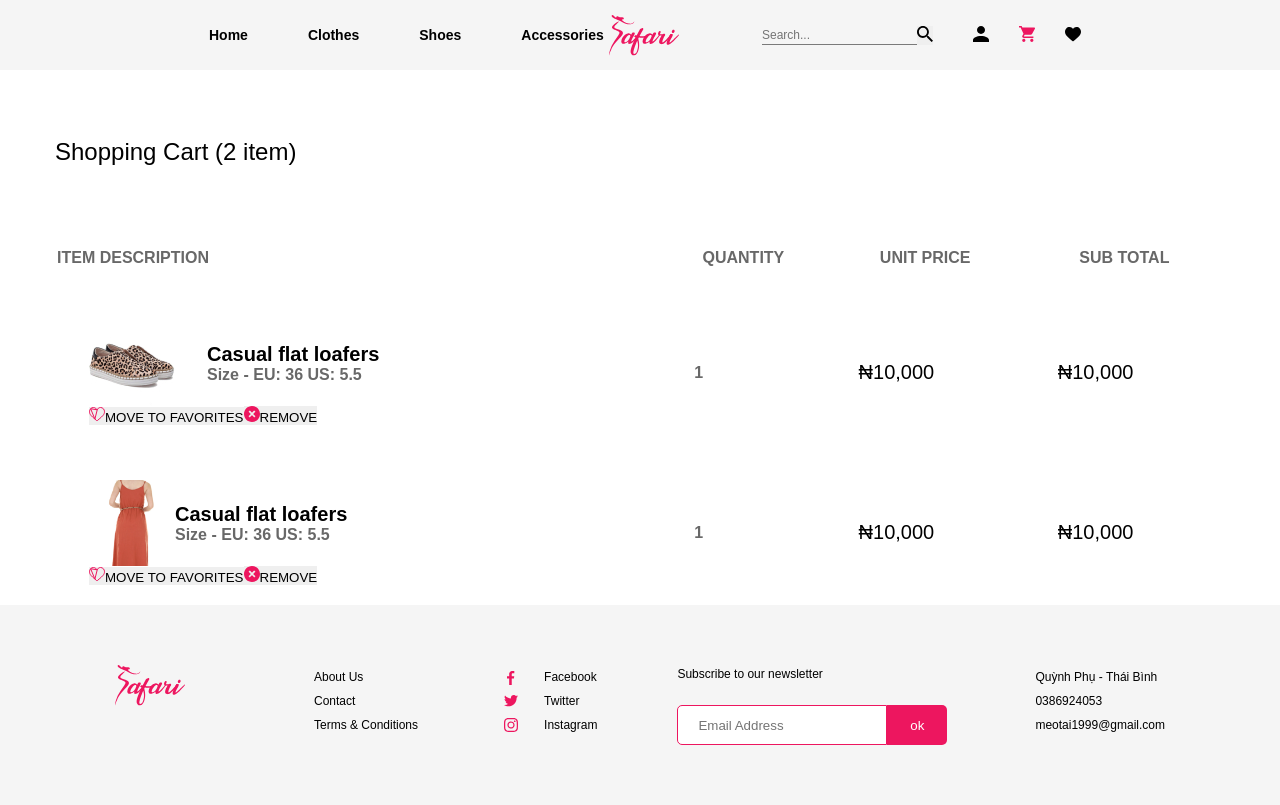
Repository: tboy1999/safari
Page: views/cart.html
These files come from the project's save history. The page is drawn as it stood at one moment and after the next save; the edit follows.
The browser window is 1280 px wide. The pictures show the whole page.
Some web libraries are served in a nearby version. The style sheet was rebuilt from its Sass, Less or Tailwind sources for each picture, by a compiler version that may differ from the author's.

Above is the page before, as saved 2022-04-28 13:42:44.

After the next save:
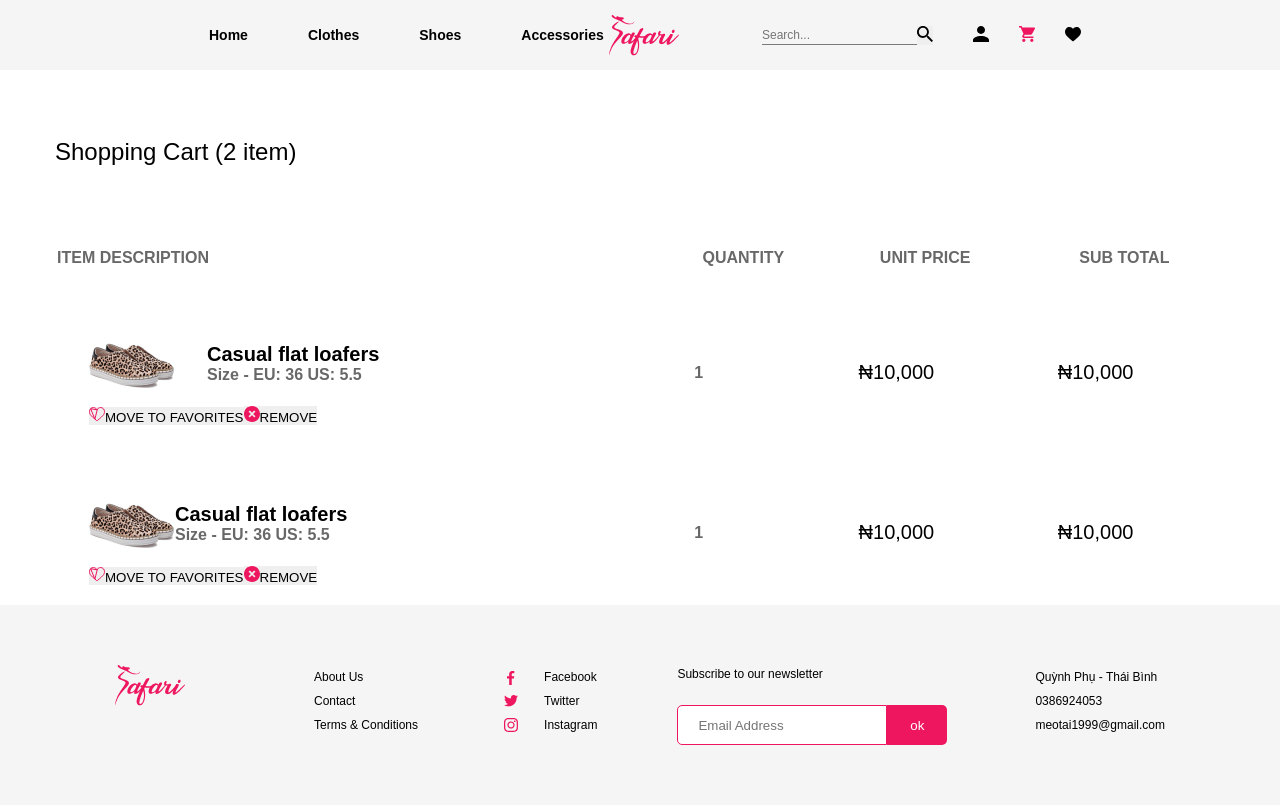
Saved 38 s later.
--- a/views/cart.html
+++ b/views/cart.html
@@ -85,7 +85,7 @@
           <tr>
             <td>
               <div class="cart__product facenter">
-                <img src="../image/clothes/clothes1.jpg" alt="" class="cart__img">
+                <img src="../image/cart/cart1.jpg" alt="" class="cart__img">
                 <div class="cart__info">
                   <h3 class="fz20-fw600">Casual flat loafers</h3>
                   <p class="fz16">Size - EU: 36 US: 5.5</p>
